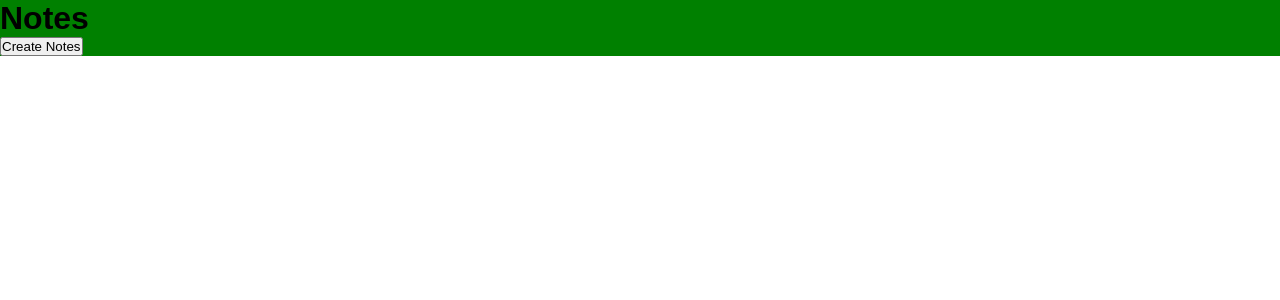
Repository: jadon1281/Imersion_Project
Page: Task2/Note_APP/index.html
An editor plug-in stored every save of this project. The page is shown before and after a run of saves, followed by the edit.
The browser window is 1280 px wide. The pictures show the whole page.

Above is the page before, as saved 2025-06-12 09:37:35.

After the next 3 saves:
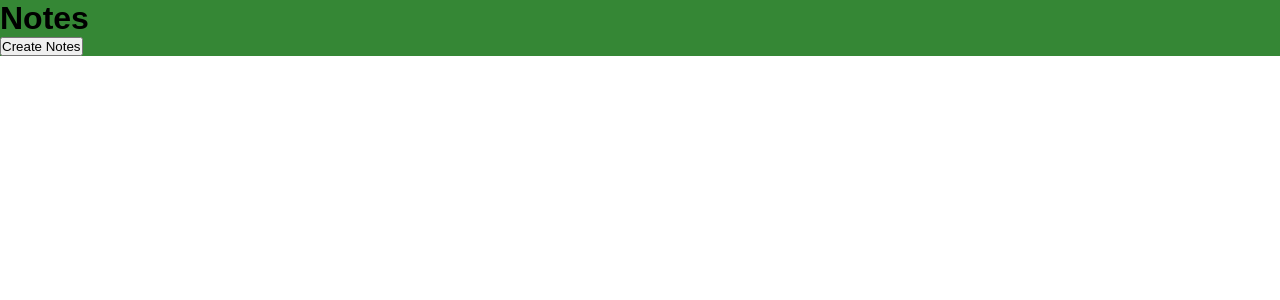
The 3 saves are shown as one change because they came seconds apart.
The last was saved 9 s later.
--- a/Task2/Note_APP/style.css
+++ b/Task2/Note_APP/style.css
@@ -7,5 +7,5 @@
 .container{
     width: 100%;
     min-height: 100vth;
-    background-color:green;
+    background-color:rgb(53, 135, 53);
 }
